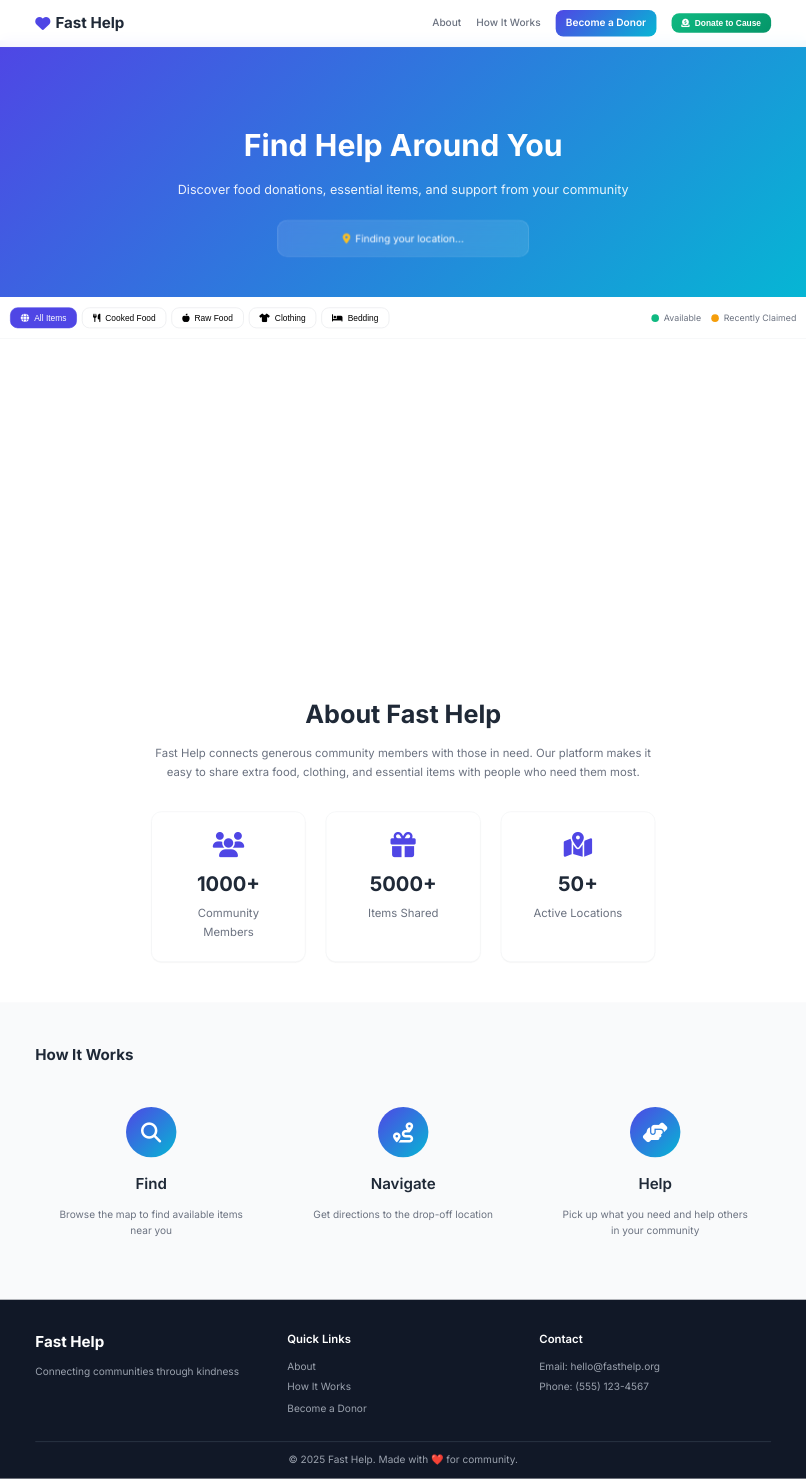
Repository: papykabukanyi/fasthelp
Page: public/index.html
An editor plug-in stored every save of this project. The page is shown before and after the next save, followed by the edit.
The browser window is 1280 px wide. The pictures show the whole page, at 63% of full size.

Above is the page before, as saved 2025-06-28 21:56:21.
Console error: SyntaxError: Unexpected token '{'

After the next save:
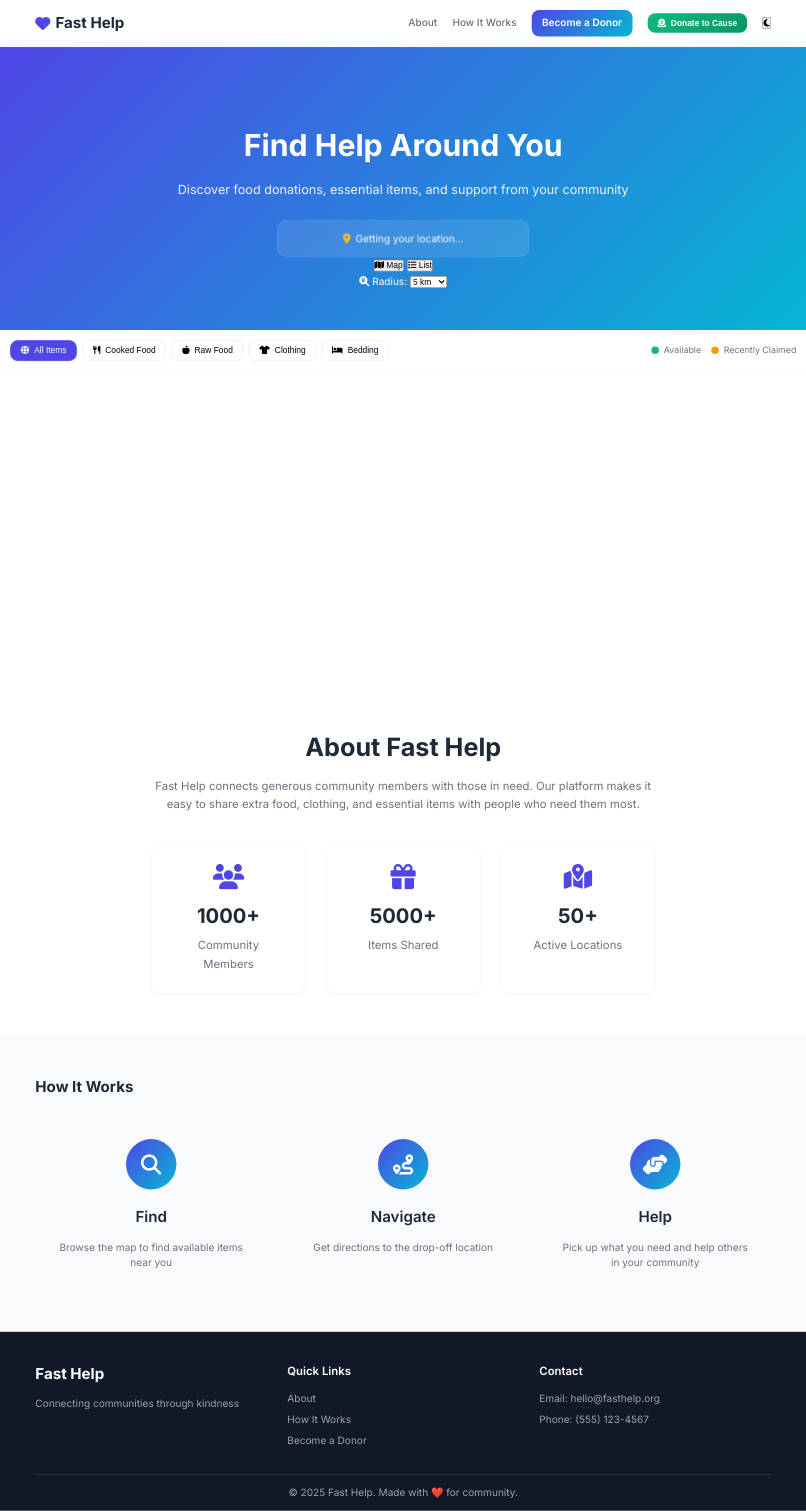
Saved 8 min 14 s later.
--- a/public/index.html
+++ b/public/index.html
@@ -27,6 +27,9 @@
                     <i class="fas fa-donate"></i>
                     Donate to Cause
                 </button>
+                <button id="theme-toggle" class="theme-toggle">
+                    <i class="fas fa-moon"></i>
+                </button>
             </nav>
             <div class="mobile-menu-toggle" onclick="toggleMobileMenu()">
                 <i class="fas fa-bars"></i>
@@ -41,7 +44,34 @@
             <p>Discover food donations, essential items, and support from your community</p>
             <div class="location-status">
                 <i class="fas fa-map-marker-alt"></i>
-                <span id="location-text">Finding your location...</span>
+                <span id="location-text">Getting your location...</span>
+                <button id="enable-location" class="location-btn" style="display: none;">
+                    <i class="fas fa-crosshairs"></i> Enable Location
+                </button>
+            </div>
+
+            <!-- View Controls -->
+            <div class="view-controls">
+                <div class="view-toggle">
+                    <button id="map-view-btn" class="view-btn active" data-view="map">
+                        <i class="fas fa-map"></i> Map
+                    </button>
+                    <button id="list-view-btn" class="view-btn" data-view="list">
+                        <i class="fas fa-list"></i> List
+                    </button>
+                </div>
+                <div class="radius-selector">
+                    <label for="radius-select">
+                        <i class="fas fa-search-location"></i> Radius:
+                    </label>
+                    <select id="radius-select">
+                        <option value="1">1 km</option>
+                        <option value="5" selected>5 km</option>
+                        <option value="10">10 km</option>
+                        <option value="25">25 km</option>
+                        <option value="50">50 km</option>
+                    </select>
+                </div>
             </div>
         </div>
     </section>
